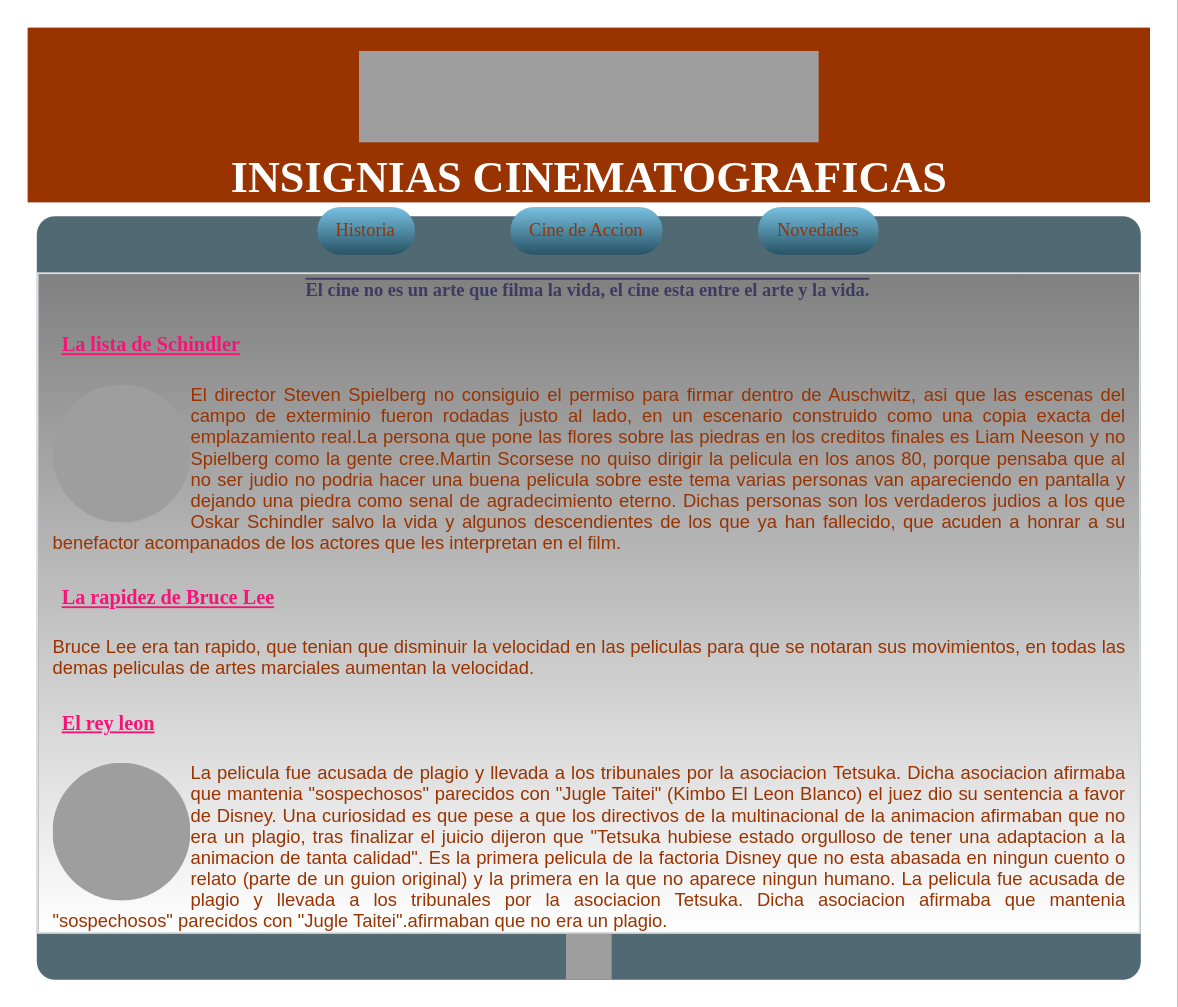
Repository: fredysanchez/PracticaRepositorio
Page: 05 CUARTO SEMESTRE/ARQUITECTURA WEB/Deberes/Deber4_Insignias/novedaes.html
The author's editor kept a record of every edit. The page is drawn from the files as they stood at one moment, then again after the next edit.
The browser window is 1280 px wide. The pictures show the whole page, at 92% of full size.
Pictures or frames that could not be fetched are drawn as grey boxes.

Above is the page before.

### 05 CUARTO SEMESTRE/ARQUITECTURA WEB/Deberes/Deber4_Insignias/novedaes.html
<!DOCTYPE html>
<html>
    <head>
        <title>Insignias</title>
        <link rel="stylesheet" href="main.css" type="text/css" />
    </head>
    <body>
        <div class="header">
            <img class="icon" src="https://mariadolores99blog.files.wordpress.com/2015/04/rollo-pelicula-3.png">
            <h1>INSIGNIAS CINEMATOGRAFICAS</h1>
        </div>
        <div class="nav">
            <ul >
                <li><a href="historia.html">Historia</a></li>
                <li><a href="accion/accion.html">Cine de Accion</a></li>
                <li><a href="novedaes.html">Novedades</a></a></li>
            </ul>
            <div class="main-cont">
                <h3>El cine no es un arte que filma la vida, el cine esta entre el arte y la vida.</h3>
                <h4>La lista de Schindler</h4>
                    <p><img class="biografias" src="http://curiosidades.com/wp-content/uploads/2013/09/la-lista-de-schindler-in02-dvd4-150x150.jpg">
                    El director Steven Spielberg no consiguio el permiso para firmar dentro de Auschwitz,
                    asi que las escenas del campo de exterminio fueron rodadas justo al lado, en un escenario construido como una copia exacta del
                    emplazamiento real.La persona que pone las flores sobre las piedras en los creditos finales es Liam Neeson y no Spielberg como la
                    gente cree.Martin Scorsese no quiso dirigir la pelicula en los anos 80, porque pensaba que al no ser judio no podria hacer una buena
                    pelicula sobre este tema varias personas van apareciendo en pantalla y dejando una piedra como senal de agradecimiento eterno.
                    Dichas personas son los verdaderos judios a los que Oskar Schindler salvo la vida y algunos descendientes de los que ya han fallecido,
                    que acuden a honrar a su benefactor acompanados de los actores que les interpretan en el film.</p>
                <h4>La rapidez de Bruce Lee</h4>
                    <p>Bruce Lee era tan rapido, que tenian que disminuir la velocidad en las peliculas para que se notaran sus movimientos,
                    en todas las demas peliculas de artes marciales aumentan la velocidad.</p>
                <h4>El rey leon</h4>
                    <p><img class="biografias" src="http://curiosidades.com/wp-content/uploads/2013/09/4156626_249px-150x150.jpg">
                    La pelicula fue acusada de plagio y llevada a los tribunales por la asociacion Tetsuka. Dicha asociacion
                    afirmaba que mantenia "sospechosos" parecidos con "Jugle Taitei" (Kimbo El Leon Blanco) el juez dio su sentencia a
                    favor de Disney. Una curiosidad es que pese a que los directivos de la multinacional de la animacion
                    afirmaban que no era un plagio, tras finalizar el juicio dijeron que "Tetsuka hubiese estado orgulloso de tener una adaptacion
                    a la animacion de tanta calidad". Es la primera pelicula de la factoria Disney que no esta abasada en ningun cuento o relato (parte de un guion original) y
                    la primera en la que no aparece ningun humano. La pelicula fue acusada de plagio y llevada a los tribunales por la asociacion Tetsuka. Dicha asociacion
                    afirmaba que mantenia "sospechosos" parecidos con "Jugle Taitei".afirmaban que no era un plagio.</p>
            </div>
            <a href="inicio.html"><img class="back" src="http://www.superenglishtj.com/arrow.png"></a>
        </div>
    </body>
</html>

### 05 CUARTO SEMESTRE/ARQUITECTURA WEB/Deberes/Deber4_Insignias/main.css
            /*Eliminar el formato de toda la pagina*/
            html,body,h1,h2,h3,p,ul,ol,li,a{
                padding:0;
                margin:0;
                border:0;
            }

            body{
                padding:30px 30px 30px 30px;
            }

            h1{
                color: white;
                font-size: 48px;
                margin:10px 0 15px 0;
                text-align:center;
            }

            h2 {
                color:#87CEEB;
                padding:6px 3px 0 0;
                border-bottom:5px solid #1E90FF;
                margin:20px 0 20px 0;
                font-size: 40px;
                text-align:center;
            }

            h3 {
                color: #3E3A62;
                font-size: 20px;
                padding: 6px 3px 0px 0px;
                text-align:center;
                text-decoration:overline;
            }

            h4 {
                color: #F61478;
                font-size: 22px;
                padding: 6px 3px 0px 25px;
                text-decoration:underline;
                text-align:left;
            }

            p{
                font-size: 16px;
                padding:0 15px 0 15px;
                color: #574E51;
                font-family: arial;
                text-decoration: none ;
                text-align:justify;
            }

            ol li:first-child {
                color: #778899;
            }

            ol{
                font-size:24px;
            }

            ul{
                font-size:24;
                list-style:none;
                padding:0 0 8px 20px;
            }

            ul li{
                font-size: 25px;
                text-align:center;
            }

            .nav{
                text-align:center;
                margin:0 10px 0 10px;
                background:#516973;
                border-radius: 20px;
            }

            .nav li{
                margin:0 50px 0 50px;
                text-decoration:none;
                list-style-type:none;
                display:inline;
                padding:10px 22px 15px 20px;
                border-radius: 25px;
                background: -webkit-gradient(linear, 0 0, 0 100%, from(#78C1E1), to(#285365));
                background: -moz-linear-gradient(#78C1E1, #285365);
                background: -webkit-linear-gradient(#78C1E1, #285365);
                background: -o-linear-gradient(#78C1E1, #285365);
                background: linear-gradient(#78C1E1, #285365);
            }

            .nav a{
                color: #993300;
                text-decoration:none;
                font-size:20px;
            }

            .header {
                background-color:#993300;
                text-align:center;
                margin:auto;
            }

            .header a{
                color:yellow;
            }

            .icon{
                padding:25px 0 0 0;
                display:block;
                margin:auto;
                width:500px;
                height:100px;
            }
            .back{
                display:block;
                margin:auto;
                width:50px;
                height:50px;
            }

            .main-cont{
                padding:0;
                border: 2px solid #DDDDDD;
                margin: 25px auto 0 auto;
                background: -webkit-gradient(linear, 0 0, 0 100%, from(gray), to(white));
                background: -moz-linear-gradient(gray, white);
                background: -webkit-linear-gradient(gray, white);
                background: -o-linear-gradient(gray, white);
                background: linear-gradient(gray, white);
            }

            .main-cont a{
                color: #993300;
                text-decoration:none;
                font-size:20px;
                display:block;
            }
            .main-cont p{
                color: #993300;
                text-decoration:none;
                font-size:20px;
                display:block;
            }


            .imagen {
                display:block;
                margin:auto;
                width:400px;
                height:250px;
            }

            .imagen1 {
                margin:auto;
                width:500px;
                height:600px;
            }

            .pelicula{
                margin:auto;
                width:200px;
                height:200px;
                border-radius: 360px;
            }

            .biografias{
                width:150px;
                height:150px;
                float:left;
                clear: both;
                border-radius: 360px;
                display:block;

            }

After the next edit:
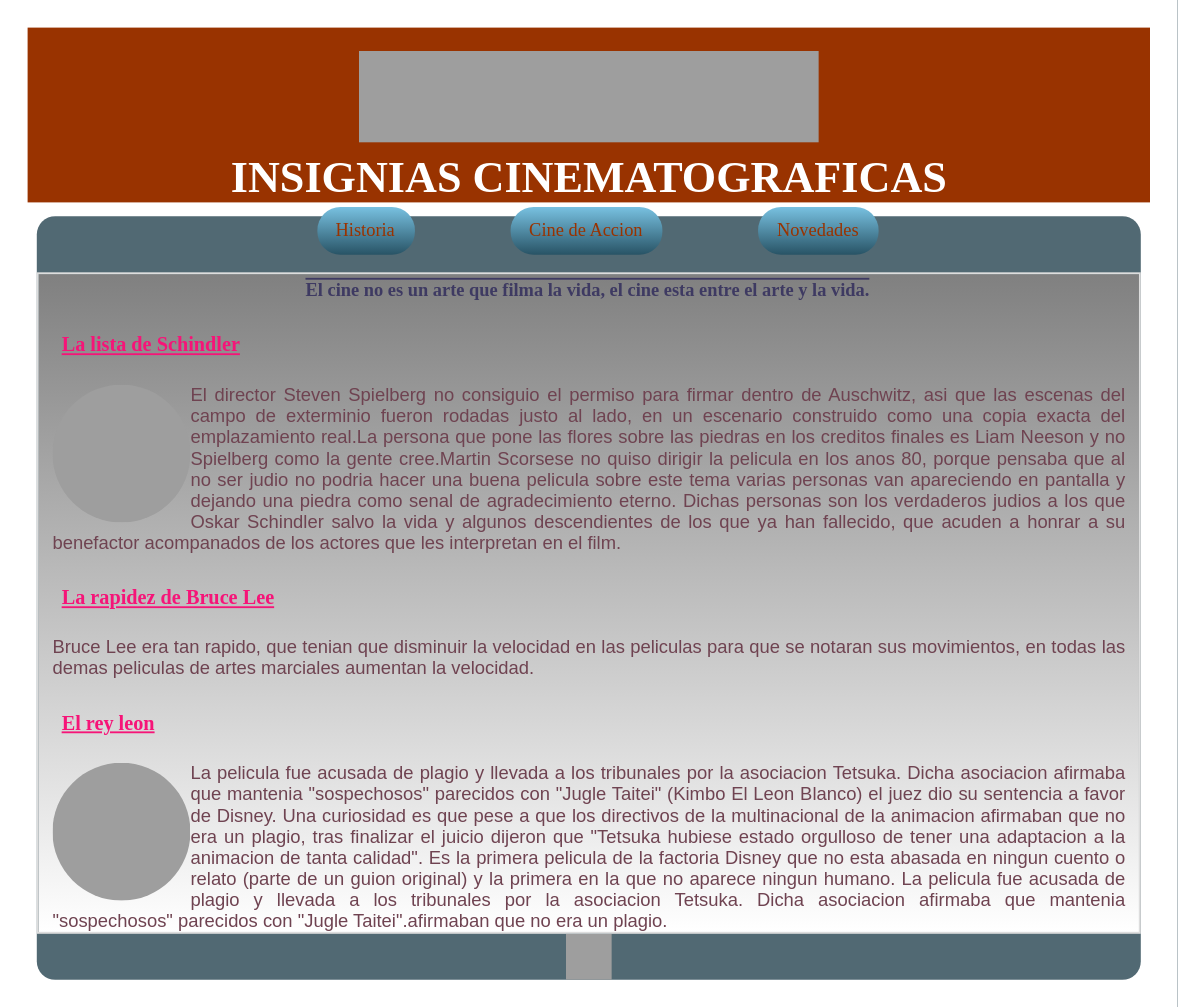
The edit:
--- a/05 CUARTO SEMESTRE/ARQUITECTURA WEB/Deberes/Deber4_Insignias/main.css
+++ b/05 CUARTO SEMESTRE/ARQUITECTURA WEB/Deberes/Deber4_Insignias/main.css
@@ -138,7 +138,7 @@
                 display:block;
             }
             .main-cont p{
-                color: #993300;
+                color: #6F4351;
                 text-decoration:none;
                 font-size:20px;
                 display:block;
